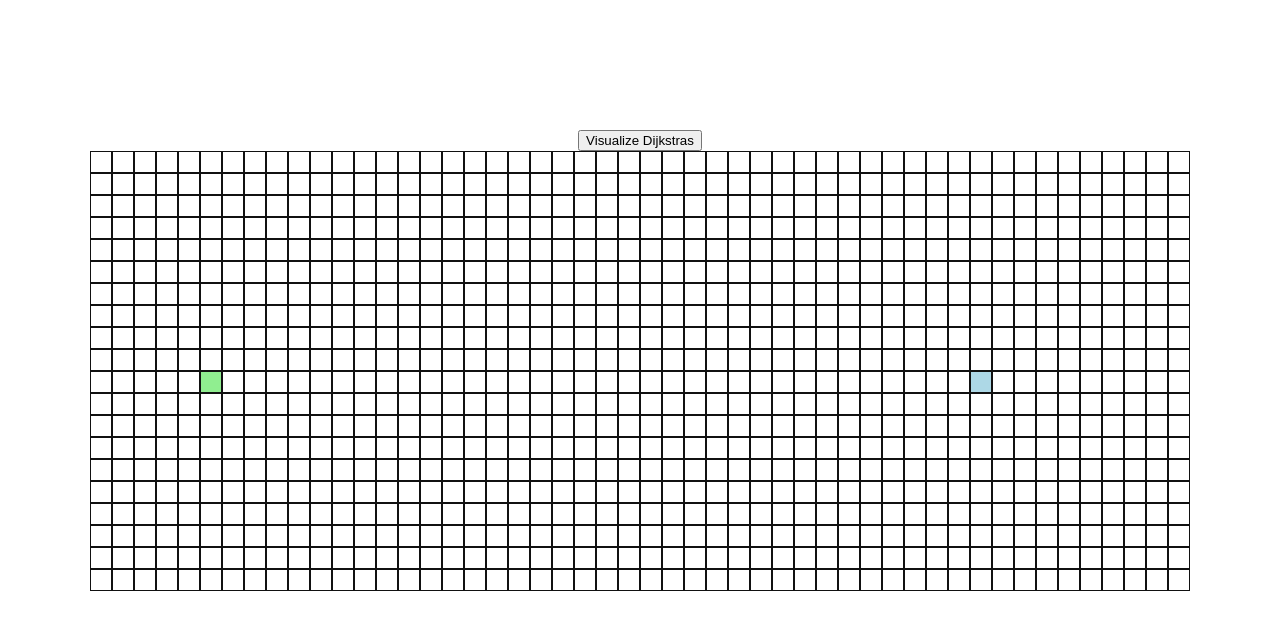
Repository: rehans-Life/Pathfinding-Visualizer
Page: /
An editor plug-in stored every save of this project. The page is shown before and after the next save, followed by the edit.
The browser window is 1280 px wide. The pictures show the whole page.
The project was rebuilt for these pictures with package versions that can differ from the ones it lists, and the page was loaded fresh each time. The framework's server and built-in components were replaced by stand-ins that run in the browser. Also part of the build but not shown: next.config.js.

Above is the page before, as saved 2023-03-09 21:07:16.

### pages/index.js
import Head from "next/head";
import styles from "../styles/Home.module.css";
import Node from "../components/Node";
import { dijkstras } from "../algorithms/dijkstras";
import { useState } from "react";

const START_ROW = 10;
const START_COL = 5;
const END_ROW = 10;
const END_COL = 40;

function getInitialGrid() {
  let grid = [];
  for (let i = 0; i < 20; i++) {
    let row = [];
    for (let j = 0; j < 50; j++) {
      const node = {
        row: i,
        col: j,
        isStart: i === START_ROW && j === START_COL,
        isEnd: i === END_ROW && j === END_COL,
        distance: Infinity,
        parent: null,
        isVisited: false,
        isInPath: false,
        isWall: false,
      };
      row.push(node);
    }
    grid.push(row);
  }
  return grid;
}

export default function Home() {
  const [grid, setGrid] = useState(getInitialGrid());
  const [mouseDown, setMouseDown] = useState(false);

  const handleMouseDown = (row, col) => {
    setMouseDown(true);
    setCellAsWall(row, col);
  };

  const handleMouseEnter = (row, col) => {
    if (mouseDown) {
      setCellAsWall(row, col);
    }
  };

  const handleMouseUp = () => {
    setMouseDown(false);
  };

  const setCellAsWall = (row, col) => {
    let newGrid = grid.slice();
    newGrid[row][col].isWall = !newGrid[row][col].isWall;
    setGrid(newGrid);
  };

  return (
    <div className={styles.container}>
      <Head>
        <title>Pathfinding Visualizer</title>
        <meta name="description" content="Generated by create next app" />
        <link rel="icon" href="/favicon.ico" />
      </Head>
      <button onClick={() => visualizeDijistras(grid, setGrid)}>
        Visualize Dijkstras
      </button>
      {grid.map((row, index) => (
        <div key={index} className={styles.row}>
          {row.map((node, index) => (
            <Node
              key={index}
              row={node.row}
              col={node.col}
              isStart={node.isStart}
              isEnd={node.isEnd}
              distance={node.distance}
              isVisited={node.isVisited}
              isInPath={node.isInPath}
              isWall={node.isWall}
              handleMouseDown={handleMouseDown}
              handleMouseUp={handleMouseUp}
              handleMouseEnter={handleMouseEnter}
            ></Node>
          ))}
        </div>
      ))}
    </div>
  );
}

const animteDijkstras = (visitedNodes, path, grid, setGrid) => {
  for (let i = 0; i < visitedNodes?.length; i++) {
    if (i === visitedNodes.length - 1) {
      setTimeout(() => {
        animatePath(path, grid, setGrid);
      }, 10 * i);
    }
    setTimeout(() => {
      let newGrid = grid.slice();

      let node = visitedNodes[i];
      let newNode = {
        ...node,
        isVisited: true,
      };

      newGrid[node.row][node.col] = newNode;
      setGrid(newGrid);
    }, 10 * i);
  }
};

const animatePath = (path, grid, setGrid) => {
  for (let i = 0; i < path?.length; i++) {
    setTimeout(() => {
      let newGrid = grid.slice();

      let node = path[i];
      let newNode = {
        ...node,
        isInPath: true,
      };

      newGrid[node.row][node.col] = newNode;
      setGrid(newGrid);
    }, 50 * i);
  }
};

const visualizeDijistras = (grid, setGrid) => {
  let startNode = grid[START_ROW][START_COL];
  let endNode = grid[END_ROW][END_COL];
  let visitedNodes = dijkstras(grid, startNode, endNode);
  let node = grid[END_ROW][END_COL];
  let path = [];
  while (node) {
    path.push(node);
    node = node.parent;
  }
  path.reverse();
  animteDijkstras(visitedNodes, path, grid, setGrid);
};

### styles/Home.module.css
.container {
  display: flex;
  flex-direction: column;
  justify-content: center;
  align-items: center;
  width: 100vw;
  height: 100vh;
}
.node {
  padding: 10px;
  border: 1px solid #111;
  width: 10px;
}

.row {
  display: flex;
}

.startNode {
  padding: 10px;
  border: 1px solid #111;
  width: 10px;
  background-color: lightgreen;
}
.visited {
  background-color: yellowgreen;
  padding: 10px;
  border: 1px solid #111;
  width: 10px;
}

.wall {
  background-color: darkcyan;
  padding: 10px;
  border: 1px solid #111;
  width: 10px;
}

.inPath {
  background-color: burlywood;
  padding: 10px;
  border: 1px solid #111;
  width: 10px;
}

.endNode {
  padding: 10px;
  border: 1px solid #111;
  width: 10px;
  background-color: lightblue;
}

### components/Node.js
import React from "react";
import styles from "../styles/Home.module.css";

export default function Node({
  row,
  col,
  isStart,
  isEnd,
  distance,
  isWall,
  isInPath,
  isVisited,
  handleMouseDown,
  handleMouseUp,
  handleMouseEnter,
}) {
  return (
    <div
      onMouseDown={() => handleMouseDown(row, col)}
      onMouseUp={handleMouseUp}
      onMouseEnter={() => handleMouseEnter(row, col)}
      className={
        isStart
          ? styles.startNode
          : isEnd
          ? styles.endNode
          : isWall
          ? styles.wall
          : isInPath
          ? styles.inPath
          : isVisited
          ? styles.visited
          : styles.node
      }
    >
      {" "}
    </div>
  );
}

### algorithms/dijkstras.js
class PriorityQueue {
  constructor() {
    this.heap = [];
  }

  isEmpty() {
    return this.heap.length == 0;
  }

  insert(node) {
    this.heap.push(node);
    let i = this.heap.length - 1;
    this.siftup(i);
  }

  delete() {
    let temp = this.heap[0];
    this.heap[0] = this.heap[this.heap.length - 1];
    this.heap.pop();
    this.shiftdown(0);
    return temp;
  }

  siftup(i) {
    let parent = Math.floor((i - 1) / 2);
    while (parent >= 0 && this.heap[parent].distance > this.heap[i].distance) {
      let temp = this.heap[parent];
      this.heap[parent] = this.heap[i];
      this.heap[i] = temp;
      i = parent;
      parent = Math.floor((i - 1) / 2);
    }
  }
  shiftdown(i) {
    let leftChild = i * 2 + 1;
    let rightChild = i * 2 + 2;
    let n = this.heap.length;

    while (
      (leftChild < n &&
        this.heap[leftChild].distance < this.heap[i].distance) ||
      (rightChild < n && this.heap[rightChild].distance < this.heap[i].distance)
    ) {
      let smaller =
        rightChild >= n ||
        this.heap[leftChild].distance <= this.heap[rightChild].distance
          ? leftChild
          : rightChild;

      let temp = this.heap[i];
      this.heap[i] = this.heap[smaller];
      this.heap[smaller] = temp;

      i = smaller;
      leftChild = i * 2 + 1;
      rightChild = i * 2 + 2;
    }
  }
}

function isValid(row, col) {
  return row < 20 && row >= 0 && col < 50 && col >= 0;
}

export function dijkstras(grid, src, target) {
  let priorityQueue = new PriorityQueue();
  let delRow = [-1, +1, 0, 0];
  let delCol = [0, 0, -1, +1];

  let visitedNodes = [];

  priorityQueue.insert(src);
  src.distance = 0;
  visitedNodes.push(src);

  while (!priorityQueue.isEmpty()) {
    let node = priorityQueue.delete();

    for (let i = 0; i < 4; i++) {
      let adjRow = node.row + delRow[i];
      let adjCol = node.col + delCol[i];
      let newDistance = node.distance + 1;

      if (isValid(adjRow, adjCol)) {
        let adjNode = grid[adjRow][adjCol];
        if (newDistance < adjNode.distance && !adjNode.isWall) {
          adjNode.distance = newDistance;
          adjNode.parent = node;
          if (adjNode.row === target.row && adjNode.col === target.col) {
            return visitedNodes;
          }
          visitedNodes.push(adjNode);
          priorityQueue.insert(adjNode);
        }
      }
    }
  }
  return visitedNodes;
}

Loaded but not shown: pages/_app.js (common file); styles/globals.css (common file)

After the next save:
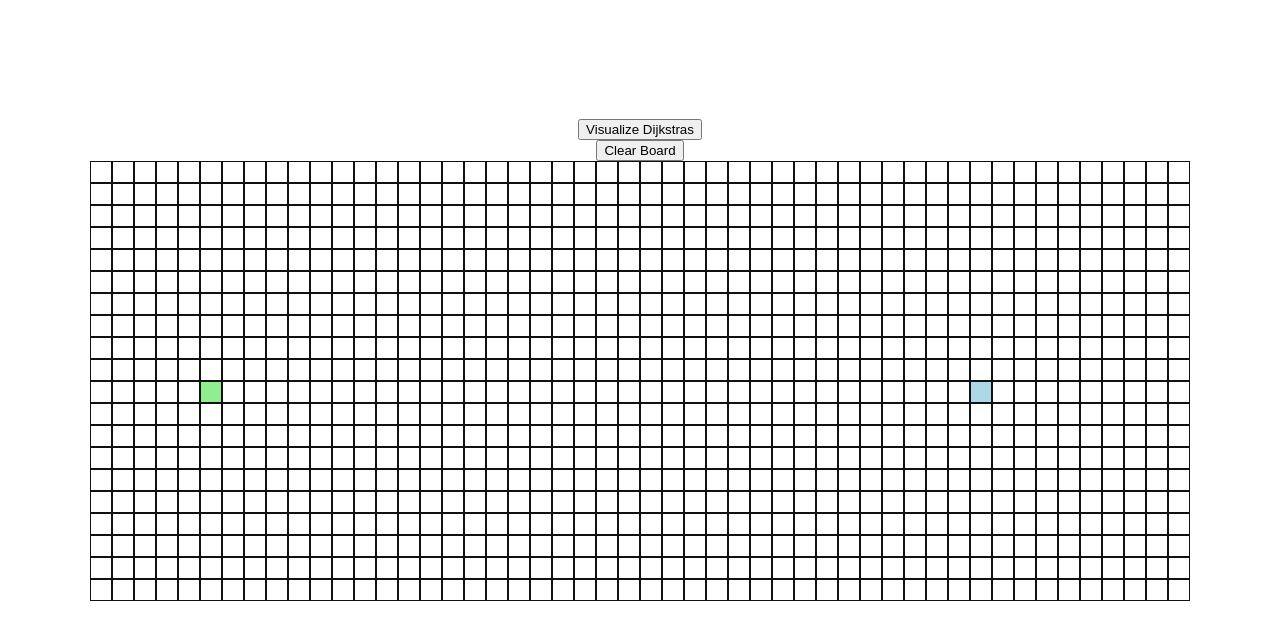
Saved 21 min 29 s later.
--- a/pages/index.js
+++ b/pages/index.js
@@ -67,6 +67,7 @@ export default function Home() {
       <button onClick={() => visualizeDijistras(grid, setGrid)}>
         Visualize Dijkstras
       </button>
+      <button onClick={() => setGrid(getInitialGrid())}>Clear Board</button>
       {grid.map((row, index) => (
         <div key={index} className={styles.row}>
           {row.map((node, index) => (
